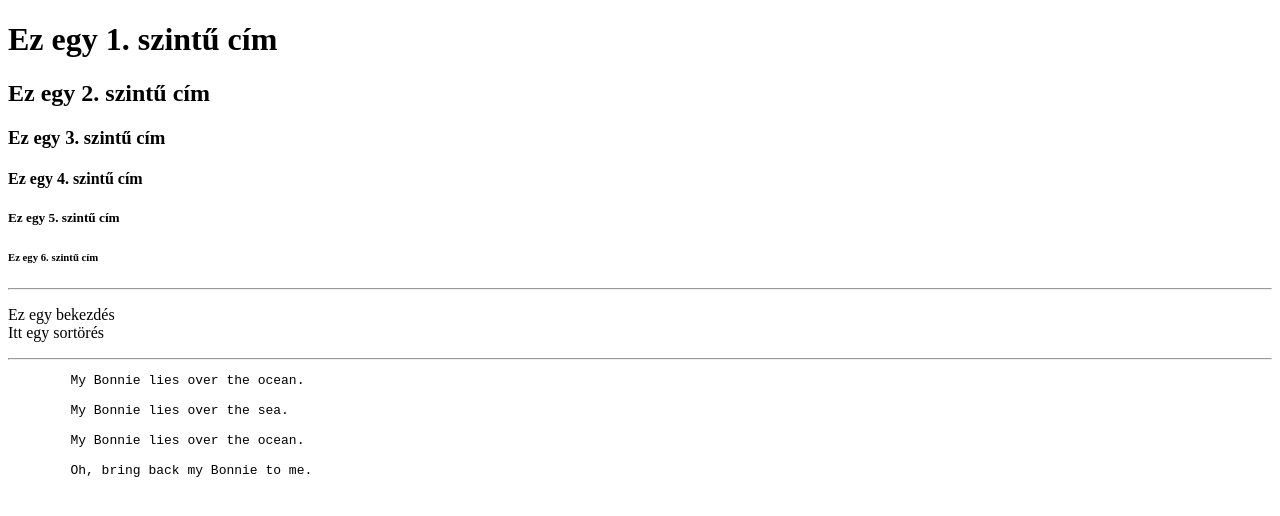
Repository: doomhyena/Web
Page: 2.óra/inedx.html
These files come from the project's save history. The page is drawn as it stood at one moment and after the next save; the edit follows.
The browser window is 1280 px wide. The pictures show the whole page.

Above is the page before, as saved 2024-09-13 11:21:56.

### 2.óra/inedx.html
<!DOCTYPE html>
<html>
   <head>
       <!-- ITT ADHATOD MEG AZ OLDAL NEVÉT -->
       <title>2.óra</title>

       <!-- AZ OLDALLAL KAPCSOLATOS FONTOS ADATOK -->
       <meta charset='UTF-8'>
       <meta name='description' content='2.óra // 2024.09.13'>
       <meta name='keywords' content='Keresést, Segítő, Szavak, Vesszővel, Elválasztva'>
       <meta name='author' content='Neved'>
       <meta name='viewport' content='width=device-width, initial-scale=1.0'>
   </head>
   <body>
    <h1>Ez egy 1. szintű cím</h1>
    <h2>Ez egy 2. szintű cím</h2>
    <h3>Ez egy 3. szintű cím</h3>
    <h4>Ez egy 4. szintű cím</h4>
    <h5>Ez egy 5. szintű cím</h5>
    <h6>Ez egy 6. szintű cím</h6>
    <hr>
    <p>Ez egy bekezdés <br> Itt egy sortörés </p>
    <hr>
    <!-- EZ EGY KOMMENT -->
    <pre>
        My Bonnie lies over the ocean.

        My Bonnie lies over the sea.

        My Bonnie lies over the ocean.

        Oh, bring back my Bonnie to me.
    </pre>
   </body>
</html>

After the next save:
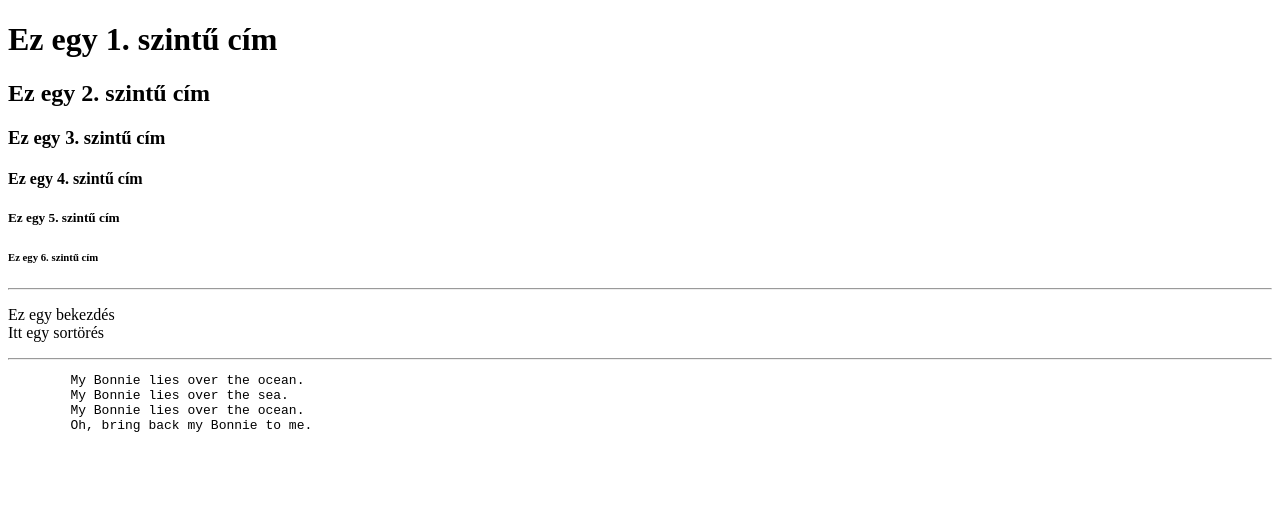
Saved 5 s later.
--- a/2.óra/inedx.html
+++ b/2.óra/inedx.html
@@ -24,11 +24,8 @@
     <!-- EZ EGY KOMMENT -->
     <pre>
         My Bonnie lies over the ocean.
-
         My Bonnie lies over the sea.
-
         My Bonnie lies over the ocean.
-
         Oh, bring back my Bonnie to me.
     </pre>
    </body>
